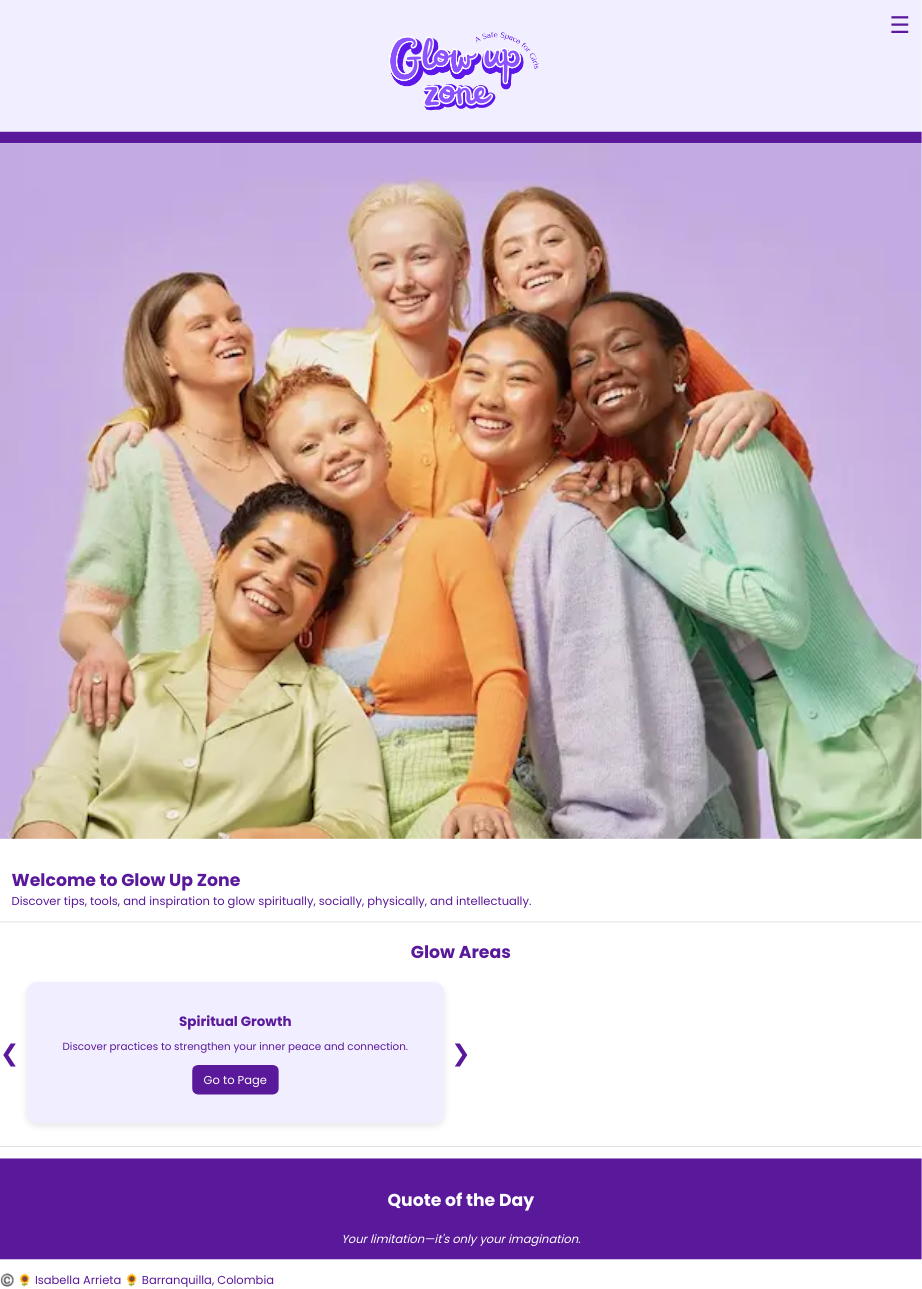
Repository: isaAJ05/wdd131
Page: final-project/final-project.html
These files come from the project's save history. The page is drawn as it stood at one moment and after the next save; the edit follows.
The browser window is 1280 px wide. The pictures show the whole page, at 72% of full size.

Above is the page before, as saved 2025-08-09 01:31:44.

### final-project/final-project.html
<!DOCTYPE html>
<html lang="en">
<head>
    <meta charset="UTF-8">
    <meta name="viewport" content="width=device-width, initial-scale=1.0">
    <title>WDD 131 – Glow Up Zone</title>
    <meta name="description" content="WDD 131 – This website is a positive and inspiring space for girls who want to improve different areas of their lives. It will include tips and resources organized into four sections: Spiritual, Social, Physical, and Intellectual.">
    <meta name="author" content="Isabella Arrieta">
    <link rel="stylesheet" href="styles/final-project.css">
    <link rel="stylesheet" href="styles/final-project-large.css">
    <link rel="preconnect" href="https://fonts.googleapis.com">
    <link rel="preconnect" href="https://fonts.gstatic.com" crossorigin>
    <link href="https://fonts.googleapis.com/css2?family=Nunito:wght@300;400;700&family=Poppins:wght@400;600;700&family=Quicksand:wght@400;500;700&display=swap" rel="stylesheet">
    <script src="scripts/final-project.js" defer></script>
</head>
<body>
    <header>
        <div class="title">
            <img src="images/logo.png" alt="" title="">
        </div>
        <button type="button" id="menu" title="Hambutton"></button>
        <nav>
            <ul class="navigation">
			<li><a href="#" class="home">Home</a></li>
			<li><a href="#" class="old">Old</a></li>
			<li><a href="#" class="new">New</a></li>
			<li><a href="#" class="large">Large</a></li>
			<li><a href="#" class="small">Small</a></li>
		</ul>
        </nav>
    </header>
    <main>
        <div class="hero">
            <picture>
            <source media="(min-width: 700px)" srcset="">
            <img src="images/glow-2.webp" alt="" title="">
            </picture>
        </div>
        <section >
                <div class="one">
                <h1>Welcome to Glow Up Zone</h2>
                <p>Discover tips, tools, and inspiration to glow spiritually, socially, physically, and intellectually.</p>
                </div>
        </section>
        <div class="two">
        <h2>Glow Areas</h2>
        <section class="cards">
        <button class="arrow left">&#10094;</button>
        <div class="cards-container">
            <div class="card">
                <div class="card2">
                <h3 id="card-title"></h3>
                <p id="card-text"></p>
                <a id="card-link" href="#" class="btn">Go to Page</a>
                </div>
            </div>
        </div>
        <button class="arrow right">&#10095;</button>
        </div>
        </section>
        <section>
            <div class="quote">
                <h2>Quote of the Day</h2>
                <p id="quote-text"></p>
            </div>
        </section>

    </main>
    <footer>
            <p>
            ©️<span id="currentyear"></span> 🌻 Isabella Arrieta 🌻 Barranquilla, Colombia
        </p>
        <p class="last-modified">
            <span id="lastModified"></span>
        </p>
    </footer>

</body>
</html>

### final-project/styles/final-project.css
:root {
    --primary-color: #5a189a;
    --secondary-color: #06d6a0;
    --thirdary-color: #ff6f91;
    --accent-color: #3a86ff;
    --background-color: #f1efff;
    --font-one: "Poppins", sans-serif;
    --font-two: "Nunito", sans-serif;
    --font-three: "Quicksand", sans-serif;
}
* {
    box-sizing: border-box;
    margin: 0;
    padding: 0;
}

body {
    font-family: var(--font-one);
    color: var(--primary-color);
}

.title {
    text-align: center;
    background-color: var(--background-color);
}
.title img {
    width: 350px;
    height: auto;
}
.hero img{
    width: 100%;
    height: auto;
}
.one{
    border-bottom: #D6D6D6 1px solid;
    padding: 1rem;
    margin: 1rem 0;
}
nav{
    display: block;
    background-color: var(--primary-color);
}

#menu {
	font-size: 2rem;
	border: 0;
	background: none;
	position: absolute;
	top: 1rem;
	right: 1rem;
}

#menu::before {
	content: "☰";
    color: var(--primary-color);
}

#menu.open::before {
	content: "✖";
    color: white;
}

.navigation {
	list-style: none;
	display: flex;
	flex-direction: column;
    color: #fff;
    padding-top: 1rem;
    background-color: none;
}

.navigation a {
	display: none;
	color: #fff;
	text-align: center;
	text-decoration: none;
    padding: 0.5rem;
    font-size: 1rem;


}

.navigation a:hover {
	text-decoration: underline;
	background-color: #eee;
	color: #000;
}
.open a {
	display: block;
}
.open img{
    display: none;
}
h2{
    padding: 0.5rem;
    margin: 1rem 0;
    text-align: center;
}
.cards {
    display: flex;
    align-items: center;
    width: 100%;
}

.card {
    min-width: 80%;
    margin: 0 10px;
    padding: 20px;
    background: var(--background-color);
    border-radius: 15px;
    box-shadow: 0 4px 10px rgba(0,0,0,0.1);
    text-align: center;
}
.card2 {
    min-width: 80%;
    margin: 0 10px;
    padding: 20px;
    background: var(--background-color);
    text-align: center;
}

.card h3 {
    color: var(--primary-color);
    margin-bottom: 10px;
}

.card p {
    font-size: 0.9rem;
    margin-bottom: 15px;
}

.btn {
    display: inline-block;
    background: var(--primary-color);
    color: white;
    padding: 8px 16px;
    border-radius: 8px;
    text-decoration: none;
}
.btn:hover {
	background-color: var(--secondary-color);
    cursor: pointer;
	border: 1px solid gray;
}

.arrow {
    background: none;
    border: none;
    font-size: 2rem;
    cursor: pointer;
    color: var(--primary-color);
}
.two{
    border-bottom: #D6D6D6 1px solid;
    padding-bottom: 2rem;
}
.quote{
    background: var(--primary-color);
    color: white;
    padding: 1rem;
    margin: 1rem 0;

}
.quote p{
    font-style: italic;
    text-align: center;

}

### final-project/scripts/final-project.js
const hamButton = document.querySelector('#menu');
const navigation = document.querySelector('.navigation');
const title = document.querySelector('.title');

hamButton.addEventListener('click', () => {
	navigation.classList.toggle('open');
    hamButton.classList.toggle('open');
    title.classList.toggle('open');
});
const cardsData = [
    {
        title: "Spiritual Growth",
        text: "Discover practices to strengthen your inner peace and connection.",
        link: "spiritual.html"
    },
    {
        title: "Social Skills",
        text: "Learn how to connect, communicate, and build strong relationships.",
        link: "social.html"
    },
    {
        title: "Intellectual Growth",
        text: "Boost your mind with tips, knowledge, and creative thinking.",
        link: "intellectual.html"
    },
    {
        title: "Physical Wellness",
        text: "Stay active and healthy with routines and self-care habits.",
        link: "physical.html"
    }
];

let currentIndex = 0;

const cardTitle = document.getElementById("card-title");
const cardText = document.getElementById("card-text");
const cardLink = document.getElementById("card-link");

function updateCard() {
    cardTitle.textContent = cardsData[currentIndex].title;
    cardText.textContent = cardsData[currentIndex].text;
    cardLink.href = cardsData[currentIndex].link;
}

document.querySelector(".arrow.right").addEventListener("click", () => {
    currentIndex = (currentIndex + 1) % cardsData.length;
    updateCard();
});

document.querySelector(".arrow.left").addEventListener("click", () => {
    currentIndex = (currentIndex - 1 + cardsData.length) % cardsData.length;
    updateCard();
});

updateCard();

const quotes = [
    "The best way to get started is to quit talking and begin doing.",
    "Do something today that your future self will thank you for.",
    "Don't watch the clock; do what it does. Keep going.",
    "Your limitation—it's only your imagination.",
    "Great things never come from comfort zones.",
    "Dream it. Wish it. Do it.",
    "Push yourself, because no one else is going to do it for you."
];

function getQuoteOfTheDay() {
    const today = new Date().toDateString();
    const savedDate = localStorage.getItem("quoteDate");
    const savedQuote = localStorage.getItem("quoteText");

    if (savedDate === today && savedQuote) {
        return savedQuote;
    } else {
        const randomIndex = Math.floor(Math.random() * quotes.length);
        const newQuote = quotes[randomIndex];
        localStorage.setItem("quoteDate", today);
        localStorage.setItem("quoteText", newQuote);
        return newQuote;
    }
}

document.getElementById("quote-text").textContent = getQuoteOfTheDay();

Loaded but not shown: final-project/styles/final-project-large.css (no copy from this time; the picture is the same without it)

After the next save:
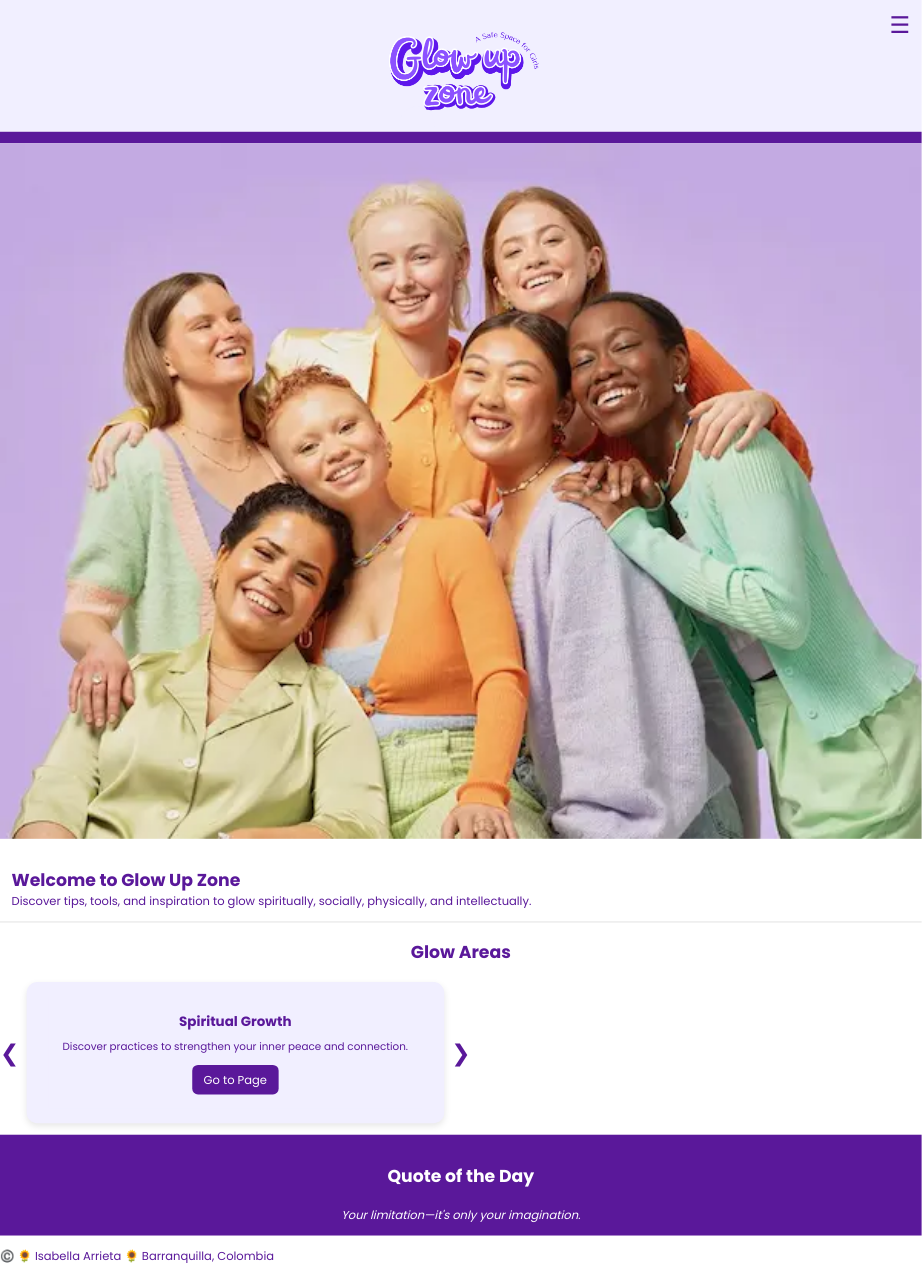
Saved 15 s later.
--- a/final-project/styles/final-project.css
+++ b/final-project/styles/final-project.css
@@ -150,10 +150,7 @@ h2{
     cursor: pointer;
     color: var(--primary-color);
 }
-.two{
-    border-bottom: #D6D6D6 1px solid;
-    padding-bottom: 2rem;
-}
+
 .quote{
     background: var(--primary-color);
     color: white;
